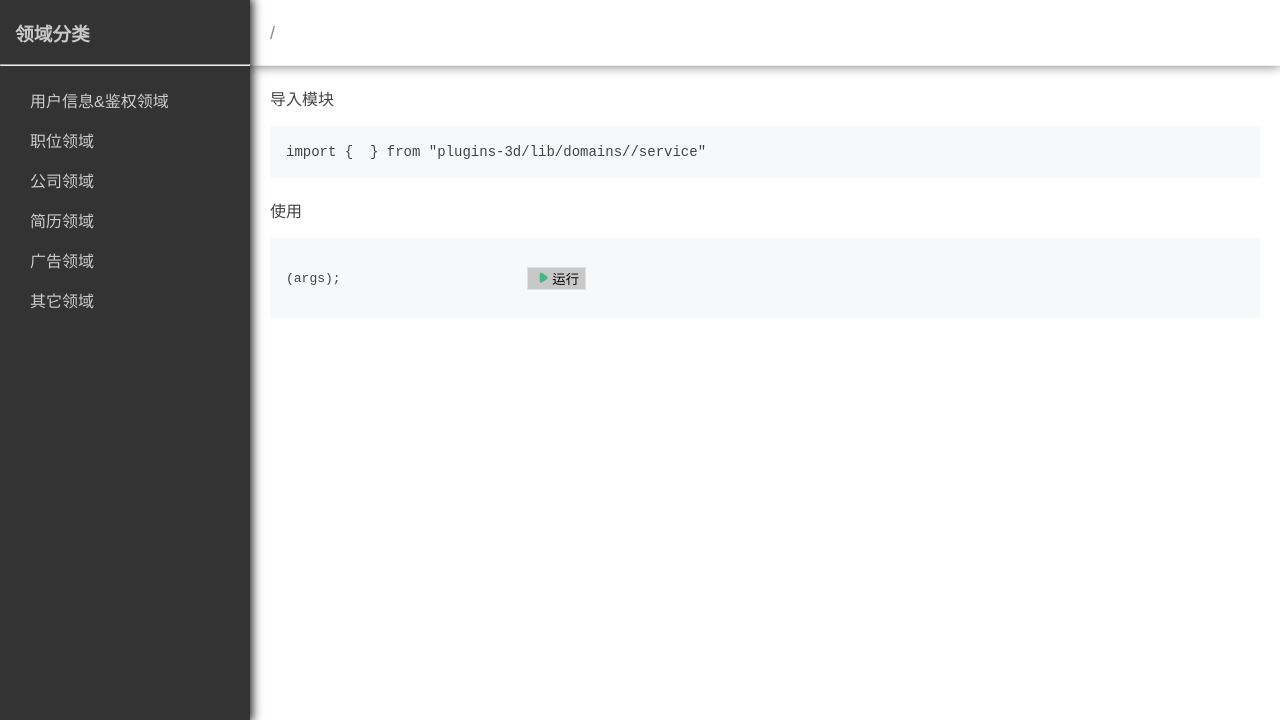
Repository: lsliangshan/inig-3d-doc
Page: /detail
These files come from the project's save history. The page is drawn as it stood at one moment and after the next save; the edit follows.
The browser window is 1280 px wide. The pictures show the whole page.
The first visible `.form_footer .btn_run` is being pressed.
An inner scrolling area shows only its first screen. The project was rebuilt for these pictures with package versions that can differ from the ones it lists, and the page was loaded fresh each time. Also part of the build but not shown: vue.config.js, src/components/HelloWorld.vue, src/views/Home.vue, src/components/User.vue, src/components/Position.vue, src/components/Company.vue, src/components/Resume.vue, src/components/Ads.vue and 1 more. Imported but missing from the stored project, and not drawn on this page: ../plugins-3d/lib/domains/job/service, ../plugins-3d/lib/domains/user/service.

Above is the page before, as saved 2019-08-08 22:14:03.

### public/index.html
<!DOCTYPE html>
<html lang="en">
  <head>
    <meta charset="utf-8">
    <meta http-equiv="X-UA-Compatible" content="IE=edge">
    <meta name="viewport" content="width=device-width,initial-scale=1.0">
    <link rel="icon" href="<%= BASE_URL %>favicon.ico">
    <title>test-3d</title>
  </head>
  <body>
    <noscript>
      <strong>We're sorry but test-3d doesn't work properly without JavaScript enabled. Please enable it to continue.</strong>
    </noscript>
    <div id="app"></div>
    <!-- built files will be auto injected -->
  </body>
</html>

### src/App.vue
<template>
  <div id="app">
    <div class="nav">
      <h3>领域分类</h3>
      <hr>
      <ul>
        <li v-for="(domain, index) in menus"
            :key="index">
          <a href="javascript: void(0)"
             :class="{active: $route.params && (domain.name === $route.params.domain) }"
             @click="toggleMenu(index)">{{domain.label}}</a>
          <div class="sub_items"
               :style="{height: index === openedMenu ? (domain.children.length * 40 + (domain.children.length > 0 ? 20 : 0) + 'px') : 0}">
            <div class="sub_item_inner"
                 :style="{padding: domain.children.length > 0 ? '5px 15px' : '0'}">
              <div class="sub_item"
                   v-for="(item, index) in domain.children"
                   :key="index">
                <a href="javascript: void(0)"
                   :class="{active: $route.params.methods === item.name}"
                   @click="navigateTo(domain.name, item.name, item.params, item.label)">{{item.label}}</a>
              </div>
            </div>
          </div>
        </li>
      </ul>
    </div>
    <div class="content">
      <div class="inner">
        <router-view :params="currentParems" />
      </div>
    </div>
    <all-svgs></all-svgs>
  </div>
</template>
<script>
  export default {
    name: 'App',
    components: {
      AllSvgs: () => import('./Svgs')
    },
    data () {
      return {
        openedMenu: -1,
        activeSubMenu: '',
        currentParems: {},
        menus: [
          {
            label: '用户信息&鉴权领域',
            name: 'user',
            children: [
              {
                label: '登录',
                name: 'login',
                params: {
                  'username': {
                    type: 'String',
                    default: 'ls',
                    label: '用户名'
                  },
                  'password': {
                    type: 'String',
                    default: '123123',
                    label: '密码'
                  }
                }
              },
              {
                label: '注册',
                name: 'register',
                params: {}
              },
              {
                label: '获取用户详情',
                name: 'getUserDetail',
                params: {}
              }
            ]
          },
          {
            label: '职位领域',
            name: 'job',
            children: [
              {
                label: '获取职位详情',
                name: 'requestJobDetail',
                params: {
                  'number': {
                    type: 'String',
                    default: '',
                    label: '职位详情'
                  }
                }
              },
              {
                label: '获取相似职位',
                name: 'requestSimilarJobs',
                params: {
                  'number': {
                    type: 'String',
                    default: '',
                    label: '职位详情'
                  }
                }
              },
              {
                label: '获取在招职位',
                name: 'requestAreaJobs',
                params: {
                  'number': {
                    type: 'String',
                    default: '',
                    label: '职位详情'
                  }
                }
              },
              {
                label: '获取在招职位所在城市',
                name: 'requestAreaJobCity',
                params: {
                  'number': {
                    type: 'String',
                    default: '',
                    label: '职位详情'
                  }
                }
              },
              {
                label: '收藏职位',
                name: 'requestJobCollection',
                params: {
                  'number': {
                    type: 'String',
                    default: '',
                    label: '职位详情'
                  }
                }
              },
              {
                label: '投递职位',
                name: 'requestJobDeliver',
                params: {
                  'number': {
                    type: 'String',
                    default: '',
                    label: '职位详情'
                  }
                }
              },
              {
                label: '获取职位投递状态',
                name: 'requestJobDeliverStatus',
                params: {
                  'number': {
                    type: 'String',
                    default: '',
                    label: '职位详情'
                  }
                }
              },
              {
                label: '获取最佳雇主',
                name: 'requestBestEmployer',
                params: {
                  'number': {
                    type: 'String',
                    default: '',
                    label: '职位详情'
                  }
                }
              },
              {
                label: '获取最佳雇主评论',
                name: 'requestBestEmployerComment',
                params: {
                  'number': {
                    type: 'String',
                    default: '',
                    label: '职位详情'
                  }
                }
              },
              {
                label: '获取职位的小程序二维码',
                name: 'requestJobMpQrcode',
                params: {
                  'number': {
                    type: 'String',
                    default: '',
                    label: '职位详情'
                  }
                }
              }
            ]
          },
          {
            label: '公司领域',
            name: 'company',
            children: [

            ]
          },
          {
            label: '简历领域',
            name: 'resume',
            children: [

            ]
          },
          {
            label: '广告领域',
            name: 'ads',
            children: [

            ]
          },
          {
            label: '其它领域',
            name: 'other',
            children: [

            ]
          }
        ]
      }
    },
    created () {
      this.openedMenu = this.findOpenedMenuIndex()
      this.currentParems = this.findCurrentParams()
    },
    methods: {
      toggleMenu (index) {
        this.openedMenu = (this.openedMenu === index ? -1 : index)
      },
      findCurrentParams () {
        let i = 0
        let menus = this.menus
        let outParams = []
        for (i; i < menus.length; i++) {
          if (menus[i].name != this.$route.params.domain) {
            continue
          } else {
            for (let j = 0; j < menus[i].children.length; j++) {
              if (menus[i].children[j].name !== this.$route.params.methods) {
                continue
              } else {
                outParams = menus[i].children[j].params
                j = menus[i].children.length
              }
            }
          }
        }
        return outParams
      },
      findOpenedMenuIndex () {
        let i = 0
        let outIndex = -1
        let menus = this.menus
        for (i; i < menus.length; i++) {
          if (this.$route.params.domain === menus[i].name) {
            outIndex = i
            i = menus.length
          }
        }
        return outIndex
      },
      navigateTo (domain, methods, params, label) {
        this.currentParems = params
        document.title = label
        this.$router.replace({
          path: '/' + domain + '/' + methods
        })
      }
    }
  }
</script>

<style>
  body,
  html {
    width: 100%;
    height: 100%;
    padding: 0;
    margin: 0;
  }
  #app {
    font-family: "Avenir", Helvetica, Arial, sans-serif;
    -webkit-font-smoothing: antialiased;
    -moz-osx-font-smoothing: grayscale;
    color: #2c3e50;
    width: 100%;
    height: 100%;
    display: flex;
    flex-direction: row;
  }
  .nav {
    width: 250px;
    height: 100%;
    background-color: #333;
    box-shadow: 0 0 10px 2px #111;
    z-index: 2;
  }
  .nav h3 {
    padding: 0 15px;
    box-sizing: border-box;
    color: #c8c8c8;
  }
  .nav ul {
    height: calc(100% - 100px);
    overflow-y: auto;
  }
  .nav ul li {
    list-style: none;
  }
  .nav ul li {
    position: relative;
    /* height: 48px; */
    display: flex;
    flex-direction: column;
  }
  .nav ul li > a {
    line-height: 40px;
    color: #ccc;
    text-decoration: none;
    transition: color 0.1s ease-in-out;
  }
  .nav ul li > a:hover {
    color: #aaa;
  }
  .nav ul li > a.active {
    color: #42b983 !important;
  }
  .nav ul {
    padding-left: 30px;
  }
  .nav .sub_items {
    width: 100%;
    transition: all 0.25s cubic-bezier(0.215, 0.61, 0.355, 1);
    transform-origin: 50% 0;
    overflow: hidden;
  }
  .nav .sub_items .sub_item_inner {
    box-sizing: border-box;
    background-color: #383838;
    border-radius: 5px;
    box-shadow: 0 0 10px #303030 inset;
  }
  .nav .sub_items .sub_item_inner .sub_item > a {
    display: flex;
    font-size: 14px;
    color: #888;
    line-height: 40px;
    text-decoration: none;
    transition: all 0.1s linear;
  }
  .nav .sub_items .sub_item_inner .sub_item > a:hover {
    color: #ccc;
  }
  .nav .sub_items .sub_item_inner .sub_item > a.active {
    color: #42b983 !important;
    font-size: 15px;
  }

  .content {
    flex: 1;
    height: 100%;
    overflow-y: auto;
    /* padding: 15px; */
    box-sizing: border-box;
    display: flex;
    flex-direction: row;
    align-items: flex-start;
  }
  .content .inner {
    width: 100%;
    height: 100%;
  }
</style>

### src/router.js
import Vue from 'vue'
import Router from 'vue-router'
import Home from './views/Home.vue'
import DomainUser from './components/User'
import DomainPosition from './components/Position'
import DomainCompany from './components/Company'
import DomainResume from './components/Resume'
import DomainAds from './components/Ads'
import DomainOther from './components/Other'

import DomainDetail from './components/Detail'

Vue.use(Router)

export default new Router({
  mode: 'history',
  base: process.env.BASE_URL,
  routes: [
    {
      path: '/',
      redirect: '/user'
    },
    {
      path: '/user',
      name: 'DomainUser',
      // route level code-splitting
      // this generates a separate chunk (about.[hash].js) for this route
      // which is lazy-loaded when the route is visited.
      // component: () => import(/* webpackChunkName: "about" */ './components/User.vue')
      component: DomainUser
    },
    {
      path: '/position',
      name: 'DomainPosition',
      component: DomainPosition
    },
    {
      path: '/company',
      name: 'DomainCompany',
      component: DomainCompany
    },
    {
      path: '/resume',
      name: 'DomainResume',
      component: DomainResume
    },
    {
      path: '/ads',
      name: 'DomainAds',
      component: DomainAds
    },
    {
      path: '/other',
      name: 'DomainOther',
      component: DomainOther
    },
    {
      path: '/:domain/:methods',
      name: 'Detail',
      component: DomainDetail
    },
    {
      path: '/detail',
      name: 'Detail2',
      component: DomainDetail
    }
  ]
})

### src/Svgs.vue
<template>
  <svg xmlns="http://www.w3.org/2000/svg"
       xmlnsXlink="http://www.w3.org/1999/xlink"
       style="position: absolute; width: 0; height: 0">
    <defs>

      <symbol viewBox="0 0 1024 1024"
              id="copy">
        <path d="M672 832 224 832c-52.928 0-96-43.072-96-96L128 160c0-52.928 43.072-96 96-96l448 0c52.928 0 96 43.072 96 96l0 576C768 788.928 724.928 832 672 832zM224 128C206.368 128 192 142.368 192 160l0 576c0 17.664 14.368 32 32 32l448 0c17.664 0 32-14.336 32-32L704 160c0-17.632-14.336-32-32-32L224 128zM800 960 320 960c-17.664 0-32-14.304-32-32s14.336-32 32-32l480 0c17.664 0 32-14.336 32-32L832 256c0-17.664 14.304-32 32-32s32 14.336 32 32l0 608C896 916.928 852.928 960 800 960zM544 320 288 320c-17.664 0-32-14.336-32-32s14.336-32 32-32l256 0c17.696 0 32 14.336 32 32S561.696 320 544 320zM608 480 288.032 480c-17.664 0-32-14.336-32-32s14.336-32 32-32L608 416c17.696 0 32 14.336 32 32S625.696 480 608 480zM608 640 288 640c-17.664 0-32-14.304-32-32s14.336-32 32-32l320 0c17.696 0 32 14.304 32 32S625.696 640 608 640z"></path>
      </symbol>

      <symbol viewBox="0 0 1024 1024"
              id="play">
        <path d="M713.896 393.15l-240-158.691c-80.996-54.004-150-17.987-150 80.996v360c0 98.73 65.703 134.707 150 80.703l240-158.711c80.724-60 80.724-150 0-203.984v-0.313z"></path>
      </symbol>
    </defs>
  </svg>
</template>

### src/components/Detail.vue
<template>
  <div class="detail_container">
    <headers></headers>
    <div class="detail_content_container">
      <detail-content :params="params"></detail-content>
    </div>
    <!-- <p v-if="$route.params.domain">领域：{{$route.params.domain}}</p>
    <p v-if="$route.params.methods">方法：{{$route.params.methods}}</p> -->
  </div>
</template>
<style scoped>
  .detail_container {
    width: 100%;
    height: 100%;
  }
  .detail_content_container {
    width: 100%;
    height: calc(100% - 66px);
    box-sizing: border-box;
  }
</style>

<script>
  export default {
    name: 'Detail',
    components: {
      Headers: () => import('./parts/Headers.vue'),
      DetailContent: () => import('./parts/DetailContent.vue')
    },
    props: {
      params: {
        type: Object,
        default () {
          return {}
        }
      }
    },
    data () {
      return {}
    },
    mounted () {

    }
  }
</script>

### src/components/parts/Headers.vue
<template>
  <div class="detail_header">
    <a href="javascript: void(0)">{{$route.params.domain}} / {{$route.params.methods}}</a>
    <!-- <div class="detail_header_right">
      <div class="import_text"
           :class="{show: !miniScreen}"
           title="点击复制">
        import { {{$route.params.methods}} } from "plugins-3d/lib/domains/{{$route.params.domain}}/service"
      </div>
      <svg>
        <use xlink:href="#copy"></use>
      </svg>
    </div> -->
  </div>
</template>
<style scoped>
  .detail_header {
    position: sticky;
    top: 0;
    width: 100%;
    height: 66px;
    background-color: #fff;
    box-shadow: 0 1px 10px #888;
    padding: 0 20px;
    box-sizing: border-box;
    border-bottom: 1px solid #eee;
    display: flex;
    flex-direction: row;
    align-items: center;
    justify-content: space-between;
  }
  .detail_header a {
    max-width: 320px;
    height: 66px;
    font-size: 18px;
    color: #888;
    line-height: 40px;
    text-decoration: none;
    display: inline-flex;
    flex-direction: row;
    align-items: center;
    justify-content: flex-start;
  }
  .detail_header_right {
    height: 66px;
    width: calc(100% - 320px);
    display: inline-flex;
    flex-direction: row;
    align-items: center;
    justify-content: flex-end;
  }
  .import_text {
    max-width: 80%;
    margin-right: 15px;
    color: #888;
    text-align: right;
    transition: all 0.03s ease-in-out;
    opacity: 0;
  }
  .import_text.show {
    opacity: 1;
  }
  .detail_header_right svg {
    width: 24px;
    height: 24px;
    fill: #888;
    transition: all 0.2s linear;
    cursor: pointer;
  }
  .detail_header_right svg:hover {
    fill: #333;
  }
</style>

<script>
  export default {
    name: 'DetailHeader',
    props: {},
    data () {
      return {
        miniScreen: true
      }
    },
    mounted () {
      window.addEventListener('resize', this.resetMiniScreen, false)
    },
    methods: {
      resetMiniScreen () {
        this.miniScreen = (document.documentElement.offsetWidth < 1200)
      }
    }
  }
</script>

### src/components/parts/DetailContent.vue
<template>
  <div class="detail_container">
    <div class="highlight">
      <p>导入模块</p>
      <div class="highlight_code">
        <pre>import { {{$route.params.methods}} } from "plugins-3d/lib/domains/{{$route.params.domain}}/service"</pre>
        <svg>
          <use xlink:href="#copy"></use>
        </svg>
      </div>
    </div>
    <div class="highlight">
      <p>使用</p>
      <!-- <pre>{{JSON.stringify(params, null, 2)}}</pre> -->
      <div class="form_container">
        <form class="methods_form"
              action="javascript:void(0)">
          <div class="form_item"
               v-for="(value, key) in params"
               :key="key">
            <label :for="key">{{value.label}}
              <!-- <pre style="display: inline;">&#9;</pre> -->
            </label>
            <input type="text"
                   class="custom_input"
                   :id="key"
                   :value="value.default"
                   :placeholder="'请输入' + value.label"
                   :name="key" />
          </div>
          <div class="form_footer">
            <code>{{$route.params.methods}}(args);</code>
            <button class="btn_run">
              <svg>
                <use xlink:href="#play"></use>
              </svg>
              运行
            </button>
          </div>
        </form>
      </div>
    </div>
    <div class="detail_content"
         style="height: 2000px;"></div>
  </div>
</template>
<style scoped>
  .detail_container {
    width: 100%;
    height: 100%;
    color: #444;
    overflow: auto;
  }
  .import_text {
    position: sticky;
    left: 0;
    top: 0;
    width: 100%;
    height: 48px;
    padding: 0 20px;
    box-sizing: border-box;
    display: flex;
    flex-direction: row;
    align-items: center;
    justify-content: flex-start;
    background-color: #ffffff;
  }
  .highlight {
    padding: 0 20px;
    margin-top: 20px;
    box-sizing: border-box;
  }
  .highlight_code {
    position: relative;
  }
  .highlight_code pre {
    background-color: #f6f8fa;
    border-radius: 3px;
    font-size: 14px;
    line-height: 1.45;
    overflow: auto;
    padding: 16px;
  }
  .highlight_code svg {
    fill: #444;
    position: absolute;
    top: 5px;
    right: 5px;
    width: 20px;
    height: 20px;
    display: flex;
    flex-direction: row;
    align-items: center;
    justify-content: center;
    cursor: pointer;
    opacity: 0;
    transition: all 0.2s ease-in-out;
  }
  .highlight_code:hover svg {
    opacity: 1;
  }

  .form_container {
    width: 100%;
    padding: 16px;
    box-sizing: border-box;
    background-color: #f6f8fa;
  }
  .methods_form {
    width: 300px;
    display: flex;
    flex-direction: column;
  }
  .methods_form .form_item {
    width: 100%;
    margin: 10px 0;
    display: flex;
    flex-direction: row;
    align-items: center;
    justify-content: space-between;
  }
  .custom_input {
    display: inline-block;
    width: 200px;
    height: 32px;
    line-height: 1.5;
    padding: 4px 7px;
    box-sizing: border-box;
    font-size: 14px;
    border: 1px solid #dcdee2;
    border-radius: 4px;
    color: #515a6e;
    background-color: #fff;
    background-image: none;
    position: relative;
    cursor: text;
    transition: border 0.2s ease-in-out, background 0.2s ease-in-out,
      box-shadow 0.2s ease-in-out;
  }
  .form_footer {
    width: 300px;
    height: 48px;
    display: flex;
    flex-direction: row;
    align-items: center;
    justify-content: space-between;
  }
  .form_footer .btn_run {
    border: 1px solid #e0e0e0;
    background-color: #fff;
    transition: all 0.2s ease-in-out;
    cursor: pointer;
    display: flex;
    flex-direction: row;
    align-items: center;
    justify-content: space-between;
  }
  .form_footer .btn_run:focus {
    outline: none;
  }
  .form_footer .btn_run:active {
    background-color: #c8c8c8;
  }
  .form_footer .btn_run svg {
    fill: #42b983;
    width: 18px;
    height: 18px;
  }
</style>

<script>
  export default {
    name: 'DetailContent',
    props: {
      params: {
        type: Object,
        default () {
          return {}
        }
      }
    },
    data () {
      return {}
    }
  }
</script>

Loaded but not shown: src/main.js (common file); src/store.js (common file)

After the next save:
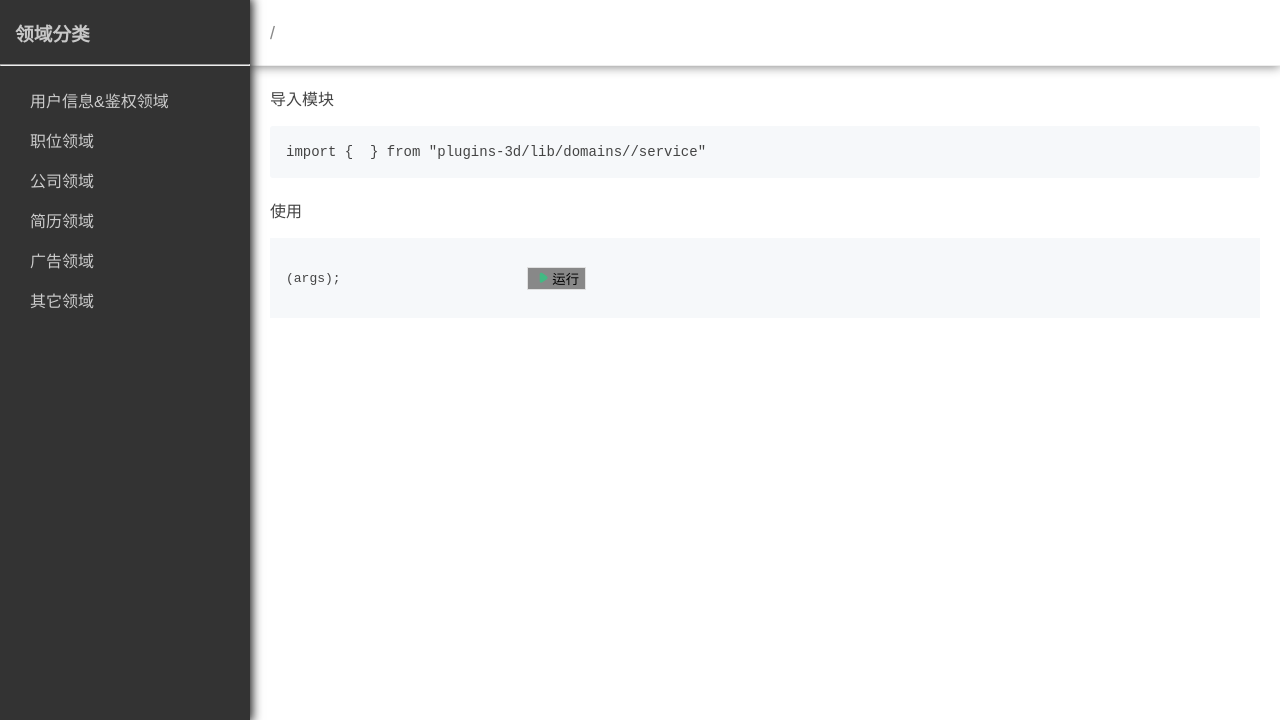
Saved 21 s later.
--- a/src/components/parts/DetailContent.vue
+++ b/src/components/parts/DetailContent.vue
@@ -159,7 +159,7 @@
     outline: none;
   }
   .form_footer .btn_run:active {
-    background-color: #c8c8c8;
+    background-color: #888;
   }
   .form_footer .btn_run svg {
     fill: #42b983;
